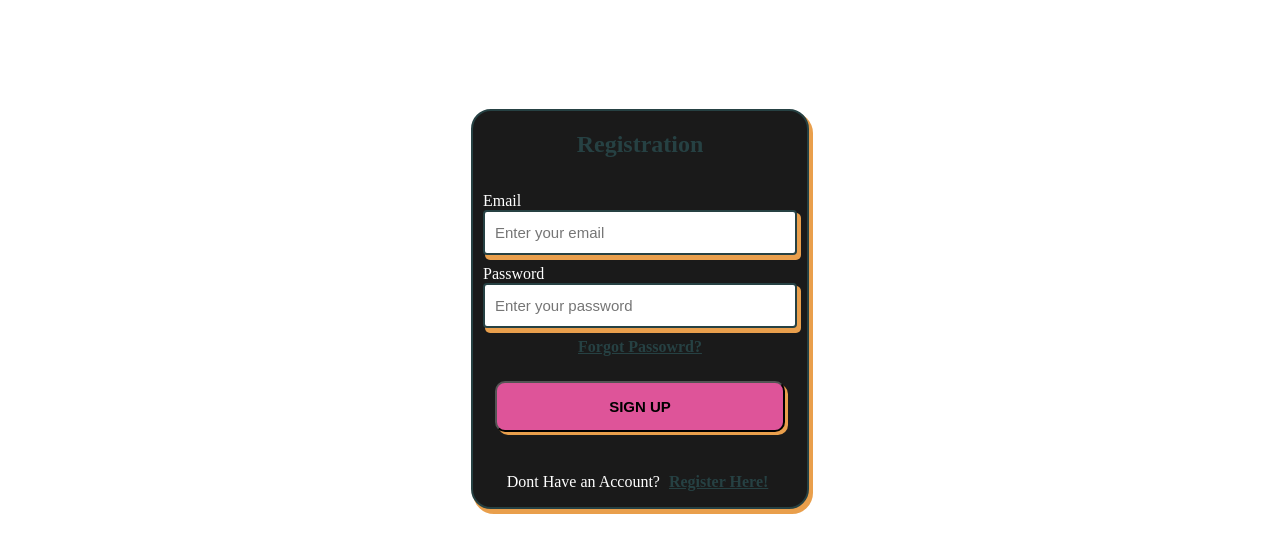
Repository: PeruriNaresh/Bank_Project
Page: http://localhost/bank_project/
These files come from the project's save history. The page is drawn as it stood at one moment and after the next save; the edit follows.
The browser window is 1280 px wide. The pictures show the whole page.
The page is served by Tomcat 9. Other server files are loaded and not shown.

Above is the page before, as saved 2024-10-24 12:59:19.

### bank_project/src/main/webapp/index.jsp
<%@ page language="java" contentType="text/html; charset=UTF-8"
    pageEncoding="UTF-8"%>
<!DOCTYPE html>
<html>
<head>
<meta charset="UTF-8">
<title>Insert title here</title>
</head>
<style>
/* From Uiverse.io by mi-series */
.container {
  display: flex;
  align-items: center;
  justify-content: center;
  flex-direction: column;
  text-align: center;
}

.form_area {
  margin-top:8%;
  display: flex;
  justify-content: center;
  align-items: center;
  flex-direction: column;
  height: auto;
  width: auto;
  border: 2px solid #264143;
  border-radius: 20px;

  background-color: #1a1a1a;
  color: #fff;
  box-shadow: 3px 4px 0px 1px #E99F4C;
}

.title {
  color: #264143;
  font-weight: 900;
  font-size: 1.5em;
  margin-top: 20px;
}



.form_group {
  display: flex;
  flex-direction: column;
  align-items: baseline;
  margin: 10px;
}

.form_style {
  outline: none;
  border: 2px solid #264143;
  box-shadow: 3px 4px 0px 1px #E99F4C;
  width: 290px;
  padding: 12px 10px;
  border-radius: 4px;
  font-size: 15px;
}

.form_style:focus, .btn:focus {
  transform: translateY(4px);
  box-shadow: 1px 2px 0px 0px #E99F4C;
}

.btn {
  padding: 15px;
  margin: 25px 0px;
  width: 290px;
  font-size: 15px;
  background: #DE5499;
  border-radius: 10px;
  font-weight: 800;
  box-shadow: 3px 3px 0px 0px #E99F4C;
}

.btn:hover {
  opacity: .9;
}

.link {
  font-weight: 800;
  color: #264143;
  padding: 5px;
}
</style>
<body>
<div class="container">
    <div class="form_area">
        <p class="title">Registration</p>
        <form action="register">
            <div class="form_group">
                <label class="sub_title" for="email">Email</label>
                <input placeholder="Enter your email" id="email" class="form_style" type="email">
            </div>
            <div class="form_group">
                <label class="sub_title" for="password">Password</label>
                <input placeholder="Enter your password" id="password" class="form_style" type="password">
            </div>
            <a class="link" href="forgotpassword.jsp">Forgot Passowrd?</a>
            <div>
                <button class="btn">SIGN UP</button>
                <p>Dont Have an Account? <a class="link" href="register.jsp">Register Here!</a></p>
              </div>
          </form>
      </div>
</div>
</body>
</html>

After the next save:
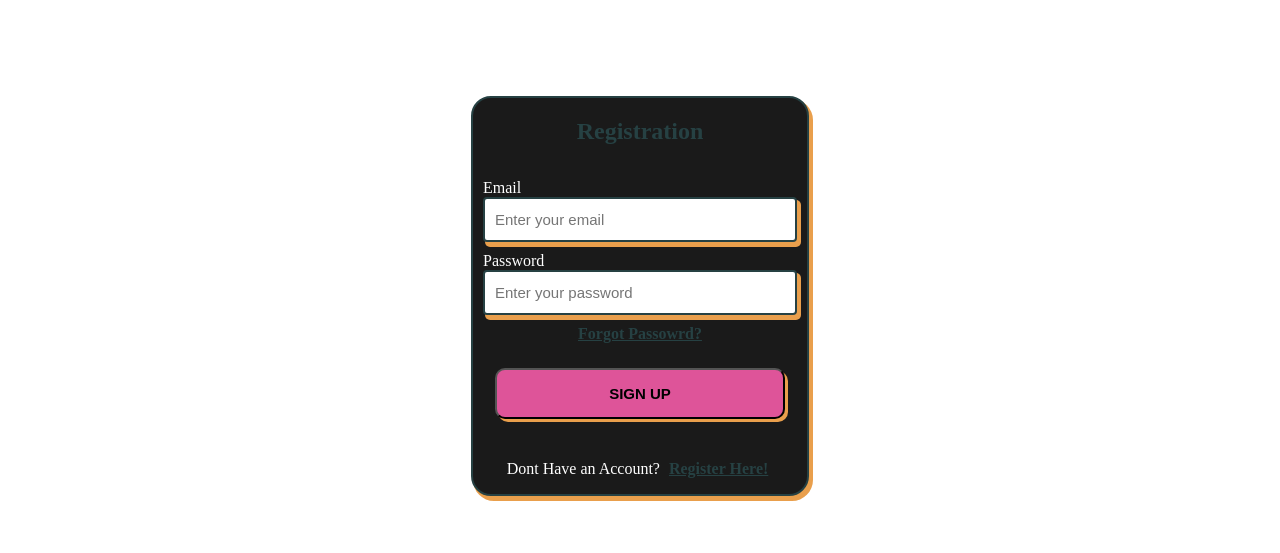
Saved 7 s later.
--- a/bank_project/src/main/webapp/index.jsp
+++ b/bank_project/src/main/webapp/index.jsp
@@ -17,7 +17,7 @@
 }
 
 .form_area {
-  margin-top:8%;
+  margin-top:7%;
   display: flex;
   justify-content: center;
   align-items: center;
